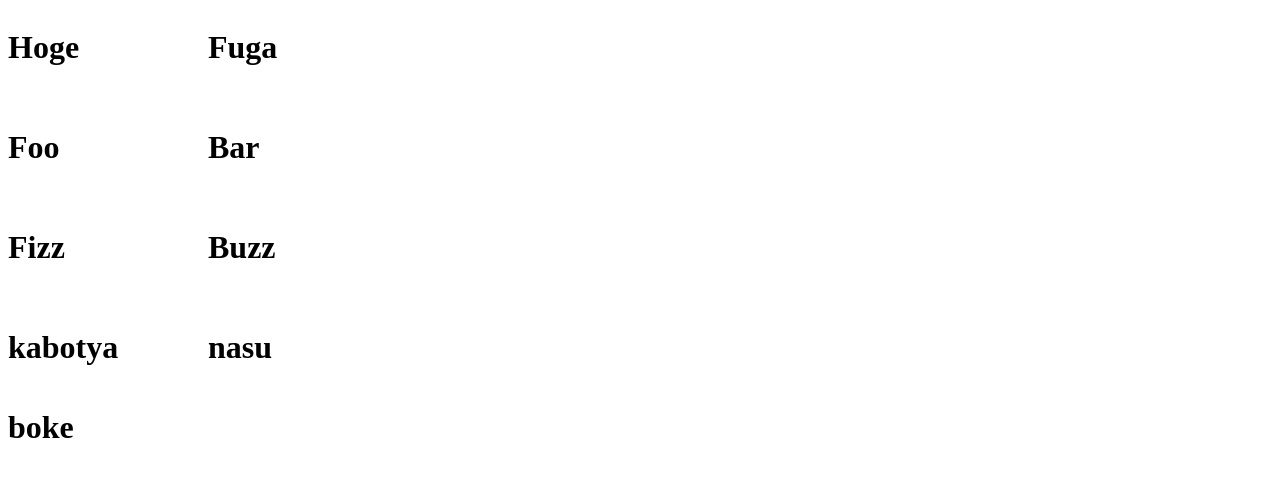
Repository: 1008216/samurai_HTML-CSS
Page: stylesheet/aa.html
The author's editor kept a record of every edit. The page is drawn from the files as they stood at one moment, then again after the next edit.
The browser window is 1280 px wide. The pictures show the whole page.

Above is the page before.

### stylesheet/aa.html
<html lang="ja">
    <head>
        <style>
            #grid {
                display: grid;
                grid-template-columns: 200px 100px;
                grid-template-rows: 100px 100px 100px;
            }
        </style>
    </head>
    <body>
        <div id="grid">
            <h1>Hoge</h1>
            <h1>Fuga</h1>
            <h1>Foo</h1>
            <h1>Bar</h1>
            <h1>Fizz</h1>
            <h1>Buzz</h1>
            <h1>kabotya</h1>
            <h1>nasu</h1>
            <h1>boke</h1>
        </div>
    </body>
</html>

After the next edit:
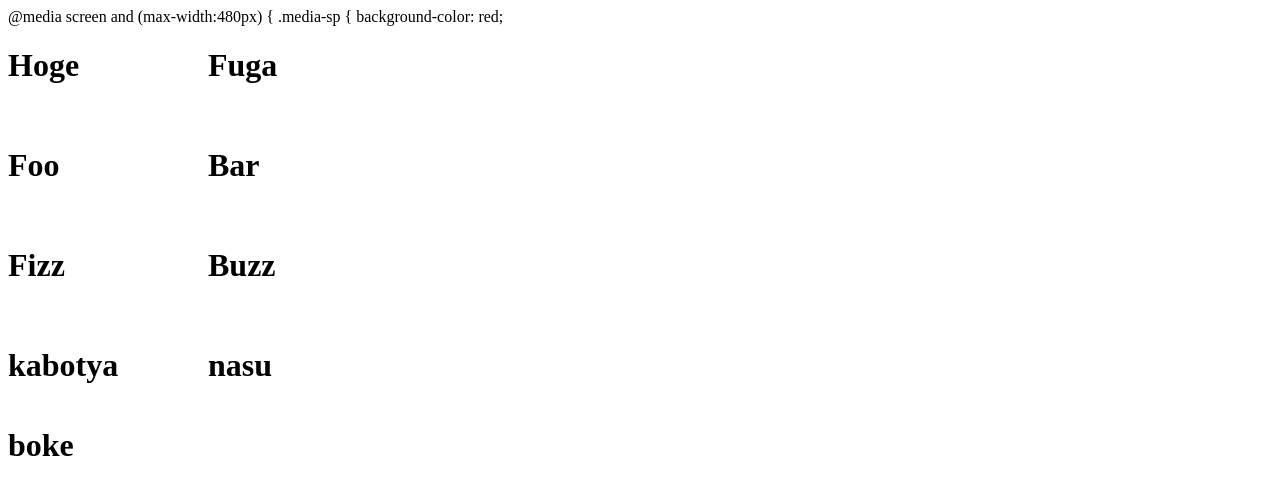
The edit:
--- a/stylesheet/aa.html
+++ b/stylesheet/aa.html
@@ -1,6 +1,14 @@
 <html lang="ja">
     <head>
+          @media screen and (max-width:480px) {
+    .media-sp {
+        background-color: red;
         <style>
+        @media screen and (max-width:480px) {
+    .media-sp {
+        background-color: red;
+    }
+}
             #grid {
                 display: grid;
                 grid-template-columns: 200px 100px;
